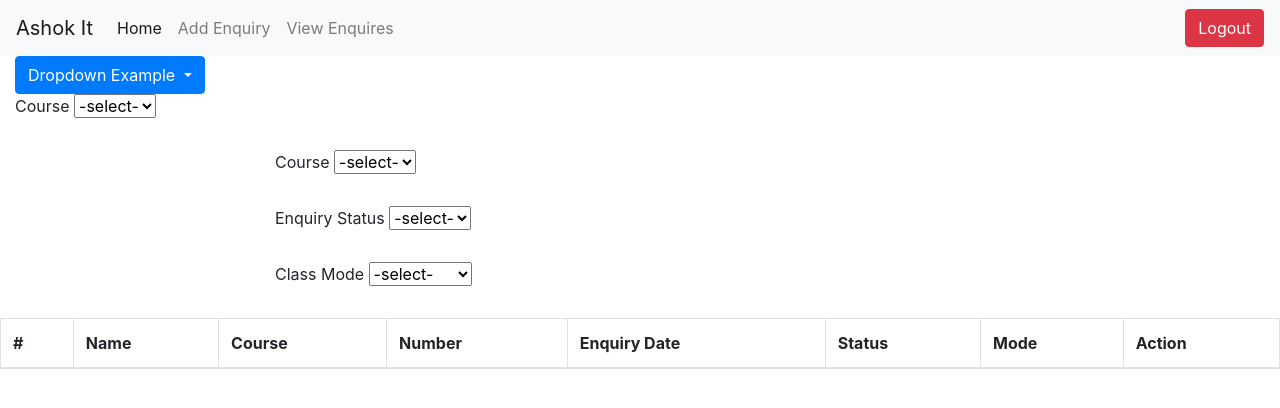
Repository: davidroshan/JRTP
Page: http://localhost/view-enquires
These files come from the project's save history. The page is drawn as it stood at one moment and after the next save; the edit follows.
The browser window is 1280 px wide. The pictures show the whole page.
The page is this project's Thymeleaf template; nobody is signed in. The template is opened directly, without the code that normally fills it, so the values that code supplies are empty.

Above is the page before, as saved 2023-04-27 18:34:09.

### Front_Office_Team_Portal/src/main/resources/templates/view-enquires.html
<!DOCTYPE html>
<html lang="en"  xmlns:th="http://www.thymeleaf.org" >
<head>
<meta charset="utf-8">
<link rel="stylesheet" href="https://cdn.jsdelivr.net/npm/bootstrap@4.3.1/dist/css/bootstrap.min.css" integrity="sha384-ggOyR0iXCbMQv3Xipma34MD+dH/1fQ784/j6cY/iJTQUOhcWr7x9JvoRxT2MZw1T" crossorigin="anonymous">
<title>AshokIT Unlock Account</title>
</head>
<body>

          <!-- Navbar start -->


                <nav class="navbar navbar-expand-lg navbar-light bg-light">
  <a class="navbar-brand" href="#">Ashok It</a>
  <button class="navbar-toggler" type="button" data-toggle="collapse" data-target="#navbarSupportedContent" aria-controls="navbarSupportedContent" aria-expanded="false" aria-label="Toggle navigation">
    <span class="navbar-toggler-icon"></span>
  </button>

  <div class="collapse navbar-collapse" id="navbarSupportedContent">
    <ul class="navbar-nav mr-auto">


      <li class="nav-item active">
        <a class="nav-link" href="dashboard">Home <span class="sr-only">(current)</span></a>
      </li>

      <li class="nav-item">
        <a class="nav-link" href="enquiry">Add Enquiry</a>
      </li>

      <li class="nav-item">
        <a class="nav-link" href="enquires">View Enquires</a>
      </li>

    </ul>
       <a href="logout" class="btn btn-danger">Logout</a>
  </div>
</nav>


          <!-- Nav bar end -->


          <div class="col-lg-4 col-sm-4 col-xs-4">
      <div class="dropdown">
        <button class="btn btn-primary dropdown-toggle" type="button" data-toggle="dropdown">Dropdown Example
        <span class="caret"></span></button>

              <div class="form-otline mb-4">
                           <label for="form22">Course</label>
                                 <select id="form22" class="form-select"
                                   name="courseName" >
                                    <option value="">-select-</option>
                                    <option th:each="course : ${courses}" th:value="${course}"
                                    th:text="${course}"></option>
                                 </select>
                           </div>

       </div>
  </div>


          <!-- drop down -->

         <div class="container">
            <div class="row">
               <div class="col-md-8 offset-md-2">




                            <div class="form-otline mb-4">
                           <label for="form22">Course</label>
                                 <select id="form22" class="form-select"
                                   name="courseName" >
                                    <option value="">-select-</option>
                                    <option th:each="course : ${courses}" th:value="${course}"
                                    th:text="${course}"></option>
                                 </select>
                           </div>


                           <div class="form-otline mb-4">
                           <label for="form23">Enquiry Status</label>
                                 <select id="form23" class="form-select"
                                 name="enqStatus">
                                    <option value="">-select-</option>
                                    <option th:each="status : ${enqStatus}" th:value="${status}"
                                    th:text="${status}"></option>
                                 </select>
                           </div>


                           <div class="form-otline mb-4">
                           <label for="form23">Class Mode</label>
                                 <select id="form23" class="form-select"
                                 name="enqStatus">
                                    <option value="">-select-</option>
                                    <option value="online"> Online</option>
                                    <option value="classroom">Classroom</option>
                                 </select>
                           </div>


               </div>
            </div>
        </div>



         <!-- table start -->


         <table class="table table-stripped table-bordered table hover" id="enqTb">

           <thead>
               <tr>

                   <th scope="col">#</th>
                   <th scope="col">Name</th>
                   <th scope="col">Course</th>
                   <th scope="col">Number</th>
                   <th scope="col">Enquiry Date</th>
                   <th scope="col">Status</th>
                   <th scope="col">Mode</th>
                   <th scope="col">Action</th>

               </tr>
           </thead>


         </table>

</body>

After the next save:
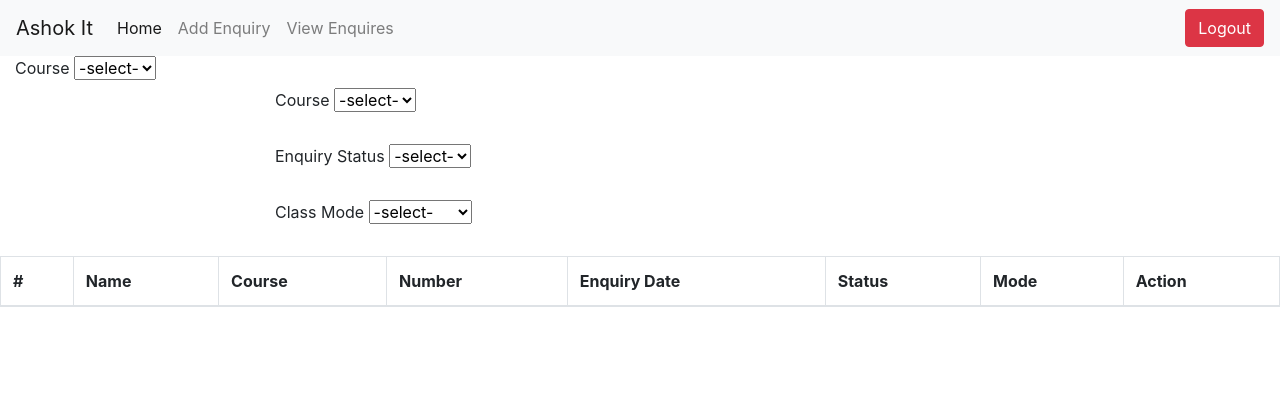
Saved 59 s later.
--- a/Front_Office_Team_Portal/src/main/resources/templates/view-enquires.html
+++ b/Front_Office_Team_Portal/src/main/resources/templates/view-enquires.html
@@ -43,10 +43,8 @@
 
           <div class="col-lg-4 col-sm-4 col-xs-4">
       <div class="dropdown">
-        <button class="btn btn-primary dropdown-toggle" type="button" data-toggle="dropdown">Dropdown Example
-        <span class="caret"></span></button>
 
-              <div class="form-otline mb-4">
+
                            <label for="form22">Course</label>
                                  <select id="form22" class="form-select"
                                    name="courseName" >
@@ -54,7 +52,7 @@
                                     <option th:each="course : ${courses}" th:value="${course}"
                                     th:text="${course}"></option>
                                  </select>
-                           </div>
+
 
        </div>
   </div>
